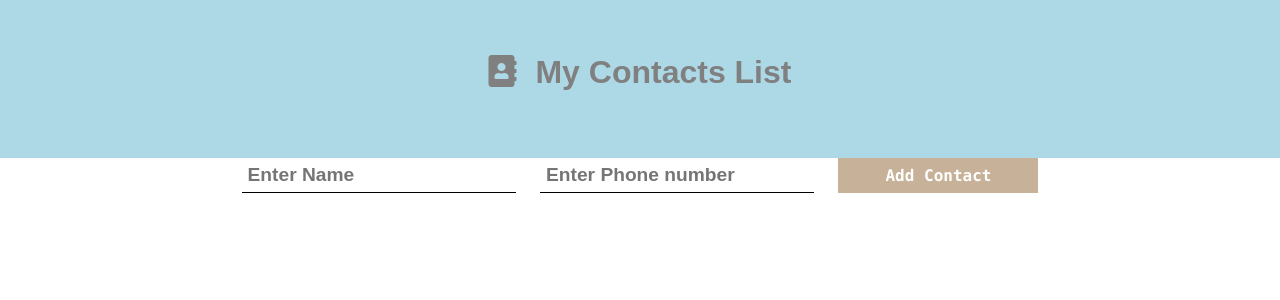
Repository: Sayan-100/Contact-List
Page: http://localhost/
An editor plug-in stored every save of this project. The page is shown before and after the next save, followed by the edit.
The browser window is 1280 px wide. The pictures show the whole page.
Some web libraries are served in a nearby version. The page is served by the project's Node server (index.js). Queries for data that is not in the repository find no rows.

Above is the page before, as saved 2022-01-10 14:47:58.

After the next save:
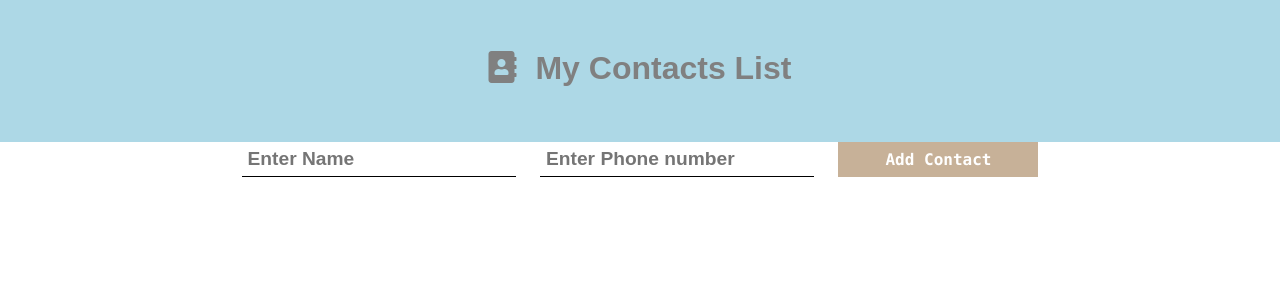
Saved 25 s later.
--- a/assets/css/home.css
+++ b/assets/css/home.css
@@ -83,5 +83,5 @@
     }
 
     .element {
-        margin: 10px;
+        margin: 6px;
     }
